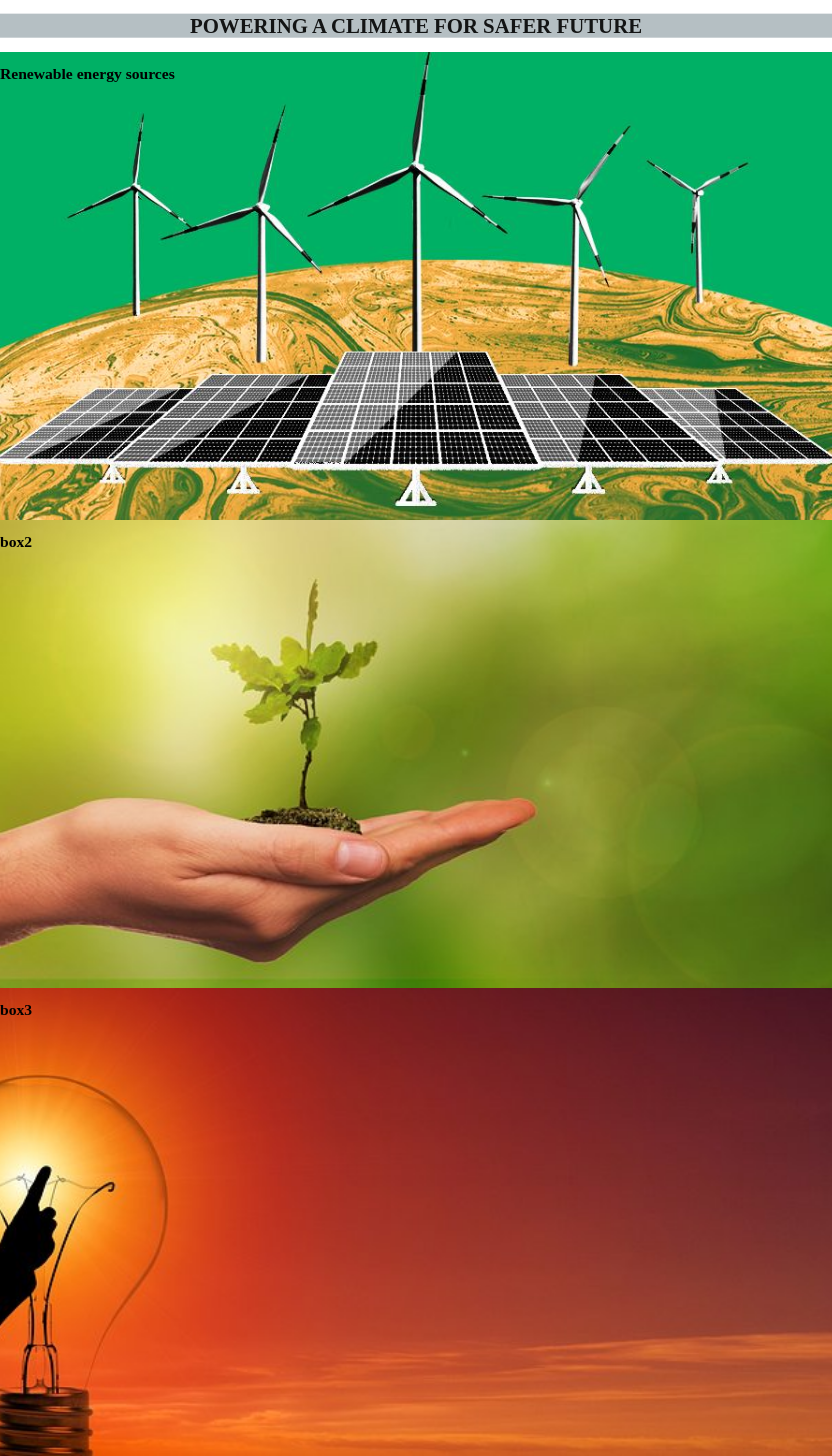
Repository: NavinDayanithi/static-web-design-competition
Page: index.html
An editor plug-in stored every save of this project. The page is shown before and after a run of saves, followed by the edit.
The browser window is 1280 px wide. The pictures show the whole page, at 65% of full size.
Backgrounds fixed to the window are drawn as part of the page.

Above is the page before, as saved 2023-04-28 19:48:30.

### index.html
<!DOCTYPE html>
<html lang="en">
<head>
  <title>POWERING CLIMATE </title>
  <link rel="stylesheet" href="styles.css">
</head>
<body>
    <h1 >POWERING A CLIMATE FOR SAFER FUTURE</h1>
    <div class="box1">
        <h2>Renewable energy sources</h2>
    </div>
    <div class="box2">
        <h2>box2</h2>
    </div>
    <div class="box3">
        <h2>box3</h2>
    </div>
</body>
</html>

### styles.css

h1
{
    text-align:center;
    color:rgb(19, 20, 20);
    background-color: rgb(181, 191, 195);

}

 body{
    margin: 0;
    padding: 0;
    /* background-color: blue; */
}
head{
    text-align: center;
}

.box1{
    height: 100vh;
    width:100%;
    background-image: url(img1.jpg);
    background-size: cover;
    background-position: center;
    display: table;
    background-attachment: fixed;
}

.box2{
    height: 100vh;
    width:100%;
    background-image: url(img2.jpg);
    background-size: cover;
    background-position: center;
    display: table;
    background-attachment: fixed;
}

.box3{
    height: 100vh;
    width:100%;
    background-image: url(img3.jpg);
    background-size: cover;
    background-position: center;
    display: table;
    background-attachment: fixed;
}

After the next 4 saves:
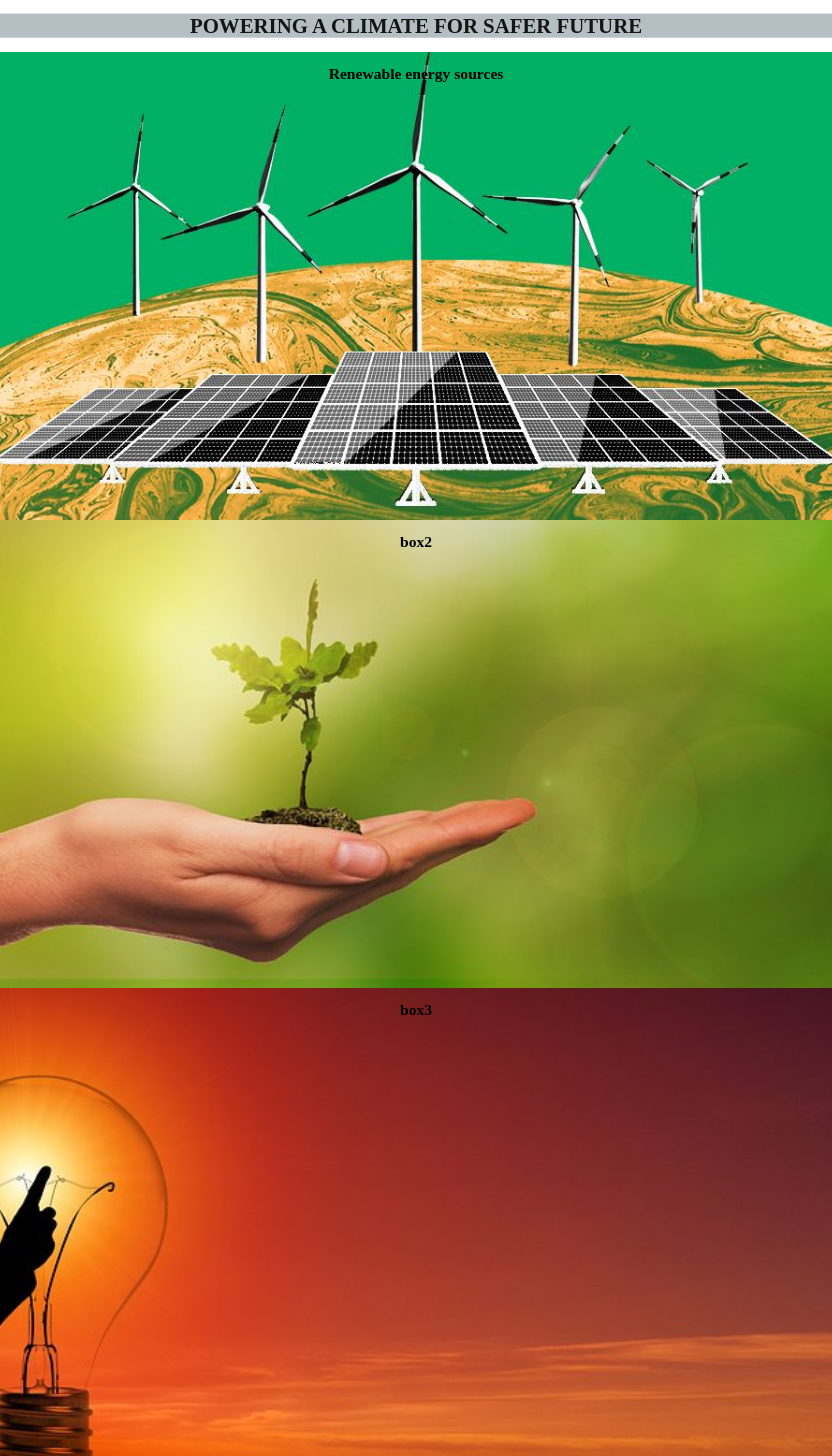
The 4 saves are shown as one change because they came seconds apart.
The last was saved 33 s later.
--- a/styles.css
+++ b/styles.css
@@ -5,6 +5,9 @@ h1
     color:rgb(19, 20, 20);
     background-color: rgb(181, 191, 195);
 
+}
+h2{
+    text-align: center;
 }
 
  body{
